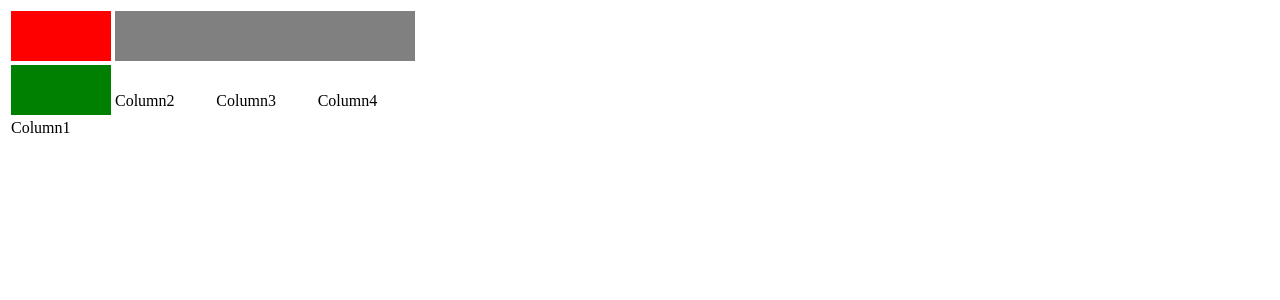
Repository: Sarah7223/internet-programming-tp
Page: TP1/ex1.html
These files come from the project's save history. The page is drawn as it stood at one moment and after the next save; the edit follows.
The browser window is 1280 px wide. The pictures show the whole page.

Above is the page before, as saved 2022-12-23 13:52:15.

After the next save:
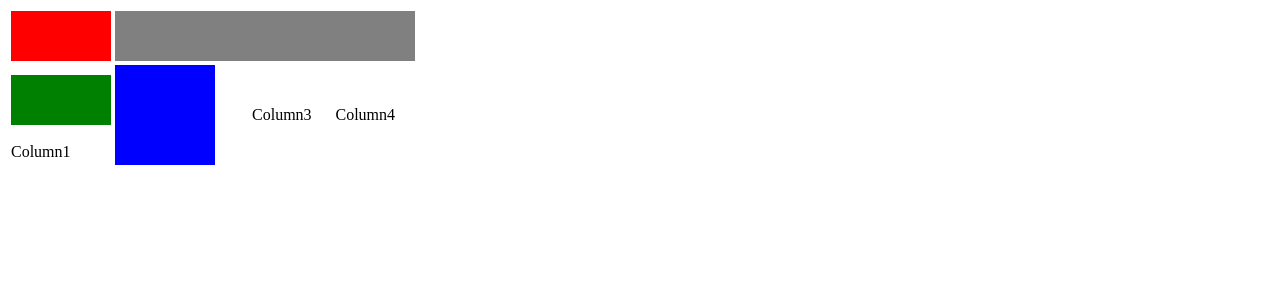
Saved 36 s later.
--- a/TP1/ex1.html
+++ b/TP1/ex1.html
@@ -20,6 +20,12 @@
                 width: 100px;
                 padding: 0px;
             }
+            .box4{
+                background-color: blue;
+                height: 100px;
+                width: 100px;
+                padding: 0px;
+            }
         </style>
     </head>
     <body>
@@ -33,7 +39,9 @@
                     <td >
                         <div class="box3"></div>
                     </td>
-                    <td rowspan="2">Column2</td>
+                    <td rowspan="2">
+                        <div class="box4"></div>
+                    </td>
                     <td rowspan="2">Column3</td>
                     <td rowspan="2">Column4</td>
                 </tr>
